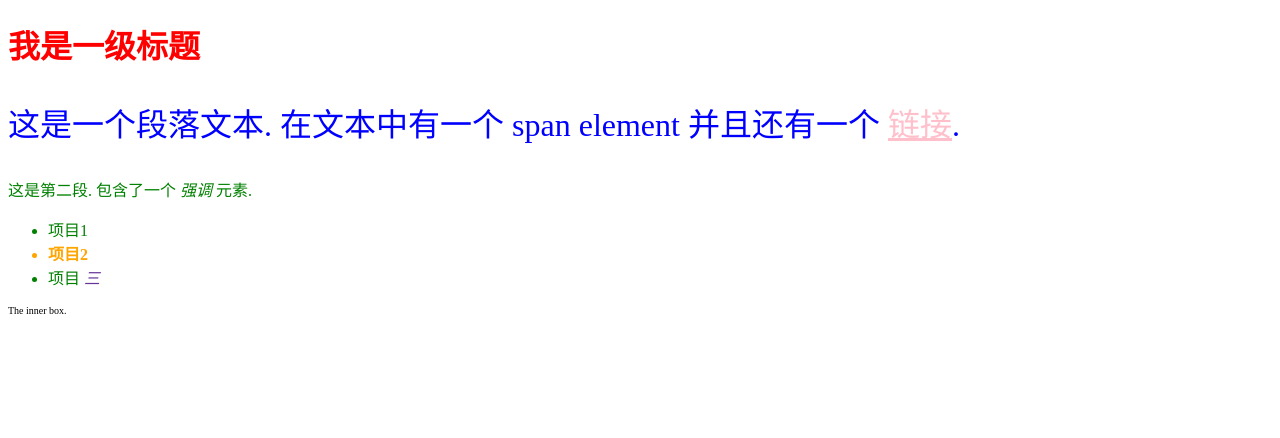
Repository: Valhally/web-projects
Page: sample-site/index.html
The author's editor kept a copy of each file at every save. The page is drawn from the files as they stood at one save, then again after the next save.
The browser window is 1280 px wide. The pictures show the whole page.

Above is the page before, as saved 2021-08-10 20:34:32.

After the next save:
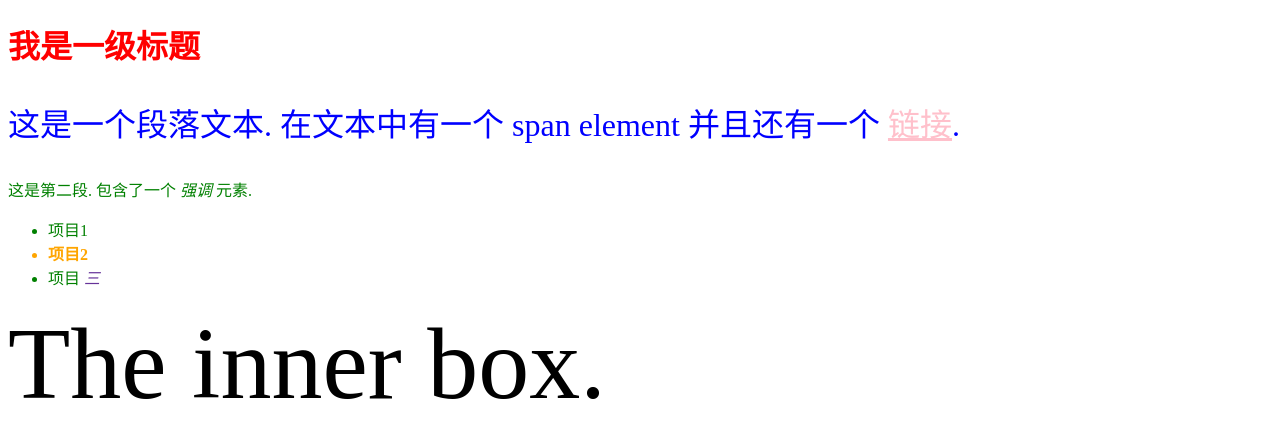
Saved 5 s later.
--- a/sample-site/resources/styles.css
+++ b/sample-site/resources/styles.css
@@ -35,5 +35,5 @@
 }
 
 .inner {
-    font-size: 10px;
+    font-size: 102px;
 }
